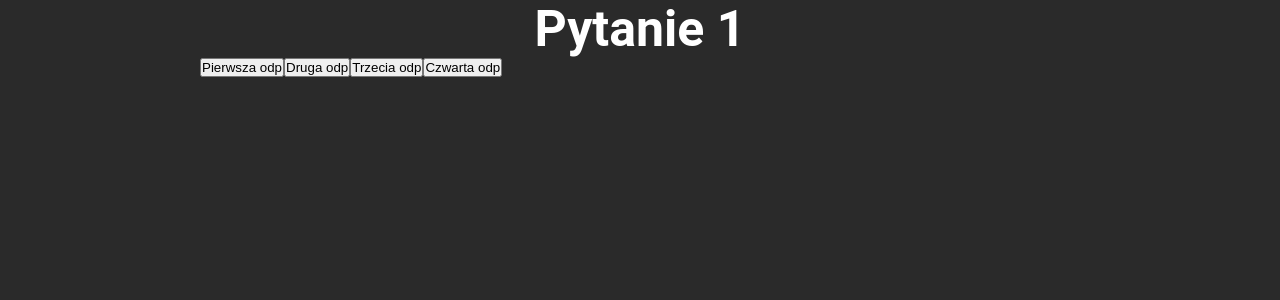
Repository: BaczkiewiczDawid/weatherApp
Page: index.html
An editor plug-in stored every save of this project. The page is shown before and after the next save, followed by the edit.
The browser window is 1280 px wide. The pictures show the whole page.

Above is the page before, as saved 2020-02-22 18:30:01.

After the next save:
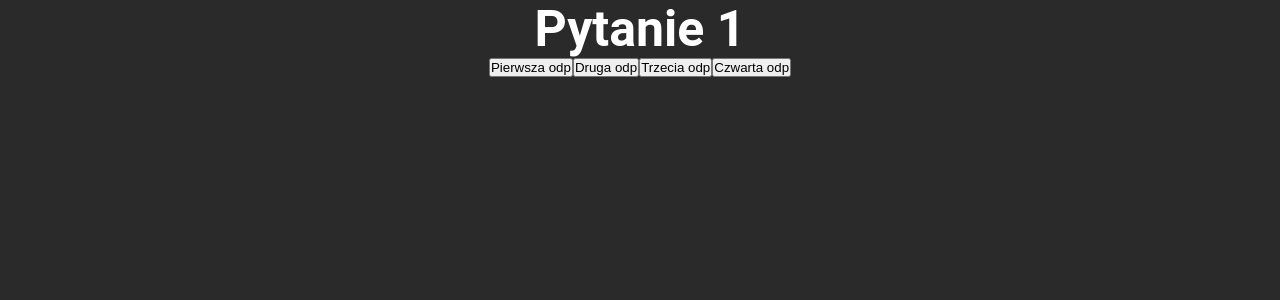
Saved 7 s later.
--- a/style.css
+++ b/style.css
@@ -17,5 +17,5 @@ h1 {
 .ask {
     display: flex;
     flex-direction: row;
-    margin-left: 200px;
+    justify-content: center;
 }
